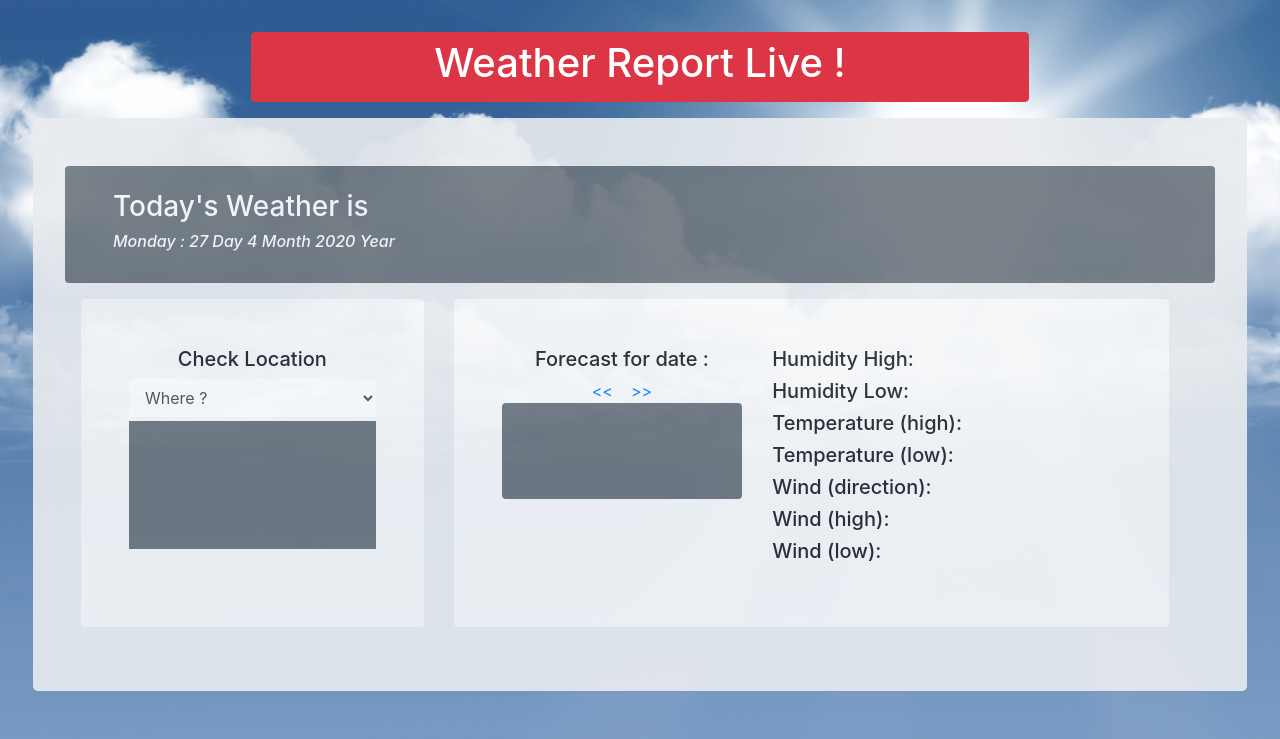
Repository: Code-Institute-Submissions/projectchen88-weatherForecast
Page: index.html
The author's editor kept a record of every edit. The page is drawn from the files as they stood at one moment, then again after the next edit.
The browser window is 1280 px wide. The pictures show the whole page.
The page's requests for data from a server got no answer.

Above is the page before.
Console error (its wording comes from the project's code and is left out).

### index.html
<!doctype html>
<html lang="en">

<head>
    <!-- Required meta tags -->
    <meta charset="utf-8">
    <meta name="viewport" content="width=device-width, initial-scale=1, shrink-to-fit=no">
    <!--AXIOS link-->
    <script src="https://unpkg.com/axios/dist/axios.min.js"></script>
    <!-- Bootstrap CSS -->
    <link rel="stylesheet" href="https://stackpath.bootstrapcdn.com/bootstrap/4.4.1/css/bootstrap.min.css" integrity="sha384-Vkoo8x4CGsO3+Hhxv8T/Q5PaXtkKtu6ug5TOeNV6gBiFeWPGFN9MuhOf23Q9Ifjh" crossorigin="anonymous">
    <!--Font Awesome-->
    <link rel="stylesheet" href="https://cdnjs.cloudflare.com/ajax/libs/font-awesome/4.7.0/css/font-awesome.min.css">
    <!--Custom CSS-->
    <link rel="stylesheet" href="styles/style.css" type="text/css" />
    <title>Hello, world!</title>
</head>

<body>
    <main id='main-page' class='container-fluid px-5 py-3'>
        <!--Header-->
        <div class="row">
            <div class="col-md-8 col-12 p-3 mx-auto">
                <span class='btn btn-danger w-100'><h1>Weather Report Live ! </h1></span>
            </div>
        </div>

        <!--Current Weather -->
        <div class="row jumbotron py-5">
            <div class="col-12 px-5 py-4 bg-secondary text-light rounded">
                <h3>Today's Weather is <span id='status'></span></h3>
                <h6 id='dateToday' class='font-italic'></h6>
            </div>
            <div id='display-section' class="col-12 p-3">
                <div class="box row">
                    <!--Check and display weather of location selected-->
                    <div class="box col-md-4 col-12 mx-auto text-center">
                        <div class="box p-5 bg-light rounded">
                            <h5>Check Location</h5>
                            <div >
                                <select class='form-control border-0' id="select">
                                    <option>Where ?</option>
                                </select>
                            </div>
                            <div class='mt-1 p-2 bg-secondary'>
                                <!--<p id='weather' class='font-bolder text-light'></p>   -->
                                <p class='p-5 bg-secondary text-light rounded font-weight-bolder' id='weather'></p>

                            </div>
                        </div>
                    </div>

                    <!--Display 4 days forecast-->
                    <div class="box col-md-8 col-12 mx-auto text-center">
                        <div class="box p-5 bg-light rounded">
                            <div class='display-box'>
                                <div class="row">
                                    <div class="col-5">
                                        <h5>Forecast for date :</h5>
                                        <div class='d-flex justify-content-center'>
                                            <div id='prev-day' class='text-primary'><< &nbsp</div>
                                            <h5 id='forecast-title'> </h5>
                                            <div id= 'next-day' class='text-primary'> &nbsp >> </div>
                                        </div>
                                        <div>
                                            <p class='p-5 bg-secondary text-light rounded font-weight-bolder' id='forecast'></p>
                                        </div>
                                    </div>
                                    <div class="col-7">
                                        <div class='d-flex'>
                                            <h5>Humidity High: </h5>
                                            <span id='humidity-high'></span>
                                        </div>
                                        <div class='d-flex'>
                                            <h5>Humidity Low: </h5>
                                            <span id='humidity-low'></span>
                                        </div>
                                        <div class='d-flex'>
                                            <h5>Temperature (high): </h5>
                                            <span id='temperature-high'></span>
                                        </div>
                                        <div class='d-flex'>
                                            <h5>Temperature (low): </h5>
                                            <span id='temperature-low'></span>
                                        </div>
                                        <div class='d-flex'>
                                            <h5>Wind (direction): </h5>
                                            <span id='wind-direction'></span>
                                        </div>
                                        <div class='d-flex'>
                                            <h5>Wind (high): </h5>
                                            <span id='wind-speed-high'></span>
                                        </div>
                                        <div class='d-flex'>
                                            <h5>Wind (low): </h5>
                                            <span id='wind-speed-low'></span>
                                        </div>
                                    </div>

                                </div>
                            </div>
                        </div>
                    </div>


                </div>
            </div>
        </div>


    </main>


    <!-- Optional JavaScript -->
    <!-- jQuery first, then Popper.js, then Bootstrap JS -->
    <script src="https://code.jquery.com/jquery-3.4.1.js" integrity="sha256-WpOohJOqMqqyKL9FccASB9O0KwACQJpFTUBLTYOVvVU=" crossorigin="anonymous"></script>
    <script src="https://cdn.jsdelivr.net/npm/popper.js@1.16.0/dist/umd/popper.min.js" integrity="sha384-Q6E9RHvbIyZFJoft+2mJbHaEWldlvI9IOYy5n3zV9zzTtmI3UksdQRVvoxMfooAo" crossorigin="anonymous"></script>
    <script src="https://stackpath.bootstrapcdn.com/bootstrap/4.4.1/js/bootstrap.min.js" integrity="sha384-wfSDF2E50Y2D1uUdj0O3uMBJnjuUD4Ih7YwaYd1iqfktj0Uod8GCExl3Og8ifwB6" crossorigin="anonymous"></script>
    <!--Custom JS script-->
    <script type="text/javascript" src="scripts/script.js"></script>
</body>

</html>

### scripts/script.js
/*  global $ axios */

var source1 = "https://api.data.gov.sg/v1/environment/2-hour-weather-forecast"
var source2 = "https://api.data.gov.sg/v1/environment/4-day-weather-forecast"
var forecastData =[]
var tempData =[]
var option =[]
var status


//AXIO TO GET DATA FROM JSON FILE (local)
function getForecast(callback) {
  axios.get(source1)
    .then(function(response) {
      let result = response.data;
      console.log(result)
      callback(result)
    })
}
function getTemp(callback) {
  axios.get(source2)
    .then(function(response) {
      let result = response.data.items[0].forecasts;
      console.log(result)
      callback(result)
    })
}
function displayDailyForecast( day ) {
  document.getElementById("forecast-title").innerHTML="Weather Forecast for date : " +tempData[day].date
  document.getElementById("forecast").innerHTML=tempData[day].forecast
  document.getElementById("humidity-high").innerHTML=tempData[day].relative_humidity.high
  document.getElementById("humidity-low").innerHTML=tempData[day].relative_humidity.low
  document.getElementById("temperature-high").innerHTML=tempData[day].temperature.high
  document.getElementById("temperature-low").innerHTML=tempData[day].temperature.low
  document.getElementById("wind-direction").innerHTML="The wind will be blowing in the "+tempData[day].wind.direction+" direction"
  document.getElementById("wind-speed-high").innerHTML=tempData[day].wind.speed.high
  document.getElementById("wind-speed-low").innerHTML=tempData[day].wind.speed.low

}
getTemp(function(data){
  tempData = data;
  tempData.count = 0 // tracker for the day result that is displayed
  displayDailyForecast (tempData.count)
  document.getElementById("forecast").innerHTML=tempData[0].forecast
})

getForecast( function(data) {
    forecastData = data
    status = forecastData.api_info.status
    document.getElementById("status").innerHTML = status;

    let forecastsArea = forecastData.items[0].forecasts

    var select = document.getElementById("select");
    for (let item in forecastsArea) {
      var el = document.createElement("option");
      el.textContent = forecastsArea[item].area;
      el.value = forecastsArea[item].area;
      select.appendChild(el);
    }
})

$ (function () {
  // $('#prev-day').hide();

  // Set the date of today to be displayed
  var d = new Date();
  var weekday = new Array(7);
  weekday[0] = "Sunday";
  weekday[1] = "Monday";
  weekday[2] = "Tuesday";
  weekday[3] = "Wednesday";
  weekday[4] = "Thursday";
  weekday[5] = "Friday";
  weekday[6] = "Saturday";
  var strDate = weekday[d.getDay()] + " : " + d.getDate() + " Day " + (d.getMonth()+1) + " Month " + d.getFullYear() + " Year " ;
  $('#dateToday').text(strDate)

  // Detect for change in option change in selection of area and display the weather
  $('#select').change(function(){
    // displayWeather()
    let forecastsArea = forecastData.items[0].forecasts
    for (let item in forecastsArea) {
      var select = $('#select').val()
      if (select == forecastsArea[item].area)
      $('#weather').text("The weather at "+ forecastsArea[item].area +" is expected to be "+forecastsArea[item].forecast)
    }
  })

  // Detect for change to view. forecast for next day
  $('#next-day').click( function () {
    if (tempData.count < 3) {
      tempData.count ++ ;
      displayDailyForecast(tempData.count)
      if (tempData.count >= 3) {
        // $('#next-day').hide()
      }
      $('#prev-day').text('<<')
    }
    else {
      $('#next-day').text('>>|')
    }
  })

  $('#prev-day').on('click', function () {
   if (tempData.count >= 0) {
      tempData.count -- ;
      displayDailyForecast(tempData.count)
      if (tempData.count <= 0 ) {
        $('#next-day').text(">>")
      }
      $('#prev-day').text('|<<')
    }
  })
})

Loaded but not shown: styles/style.css (common file)

After the next edit:
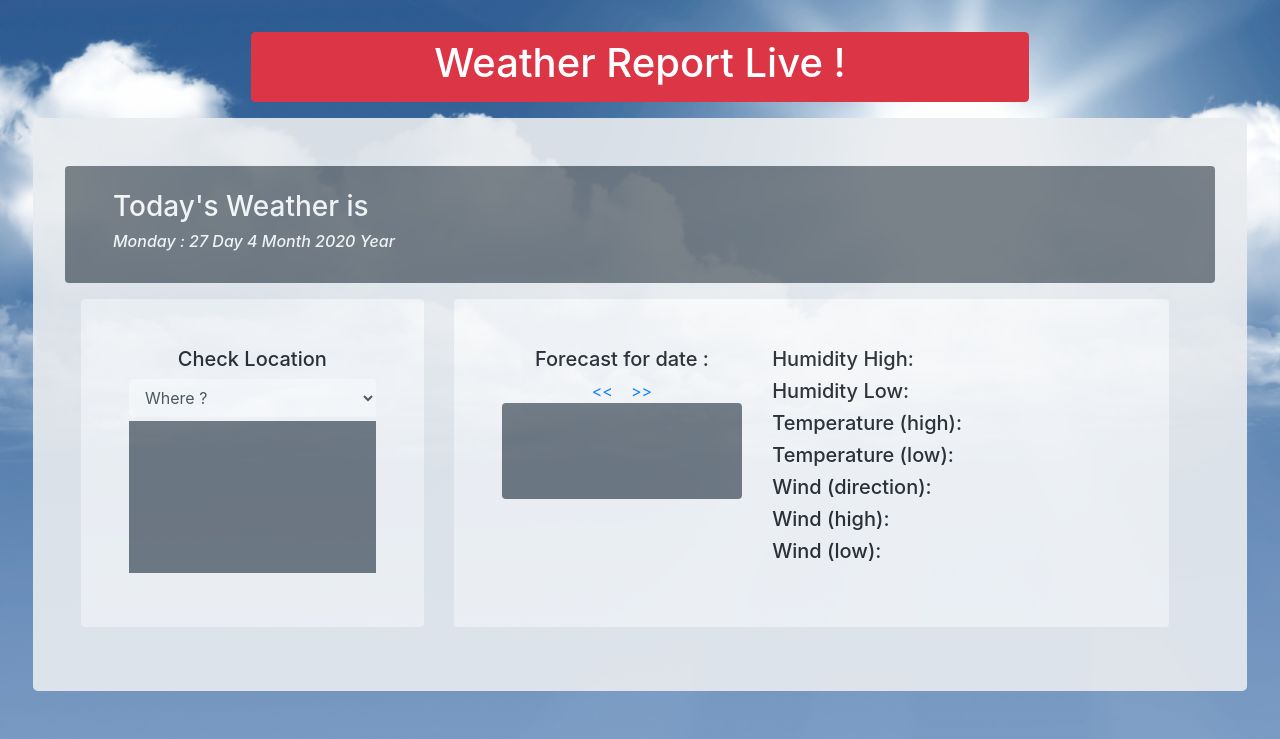
The edit:
--- a/index.html
+++ b/index.html
@@ -44,7 +44,7 @@
                             </div>
                             <div class='mt-1 p-2 bg-secondary'>
                                 <!--<p id='weather' class='font-bolder text-light'></p>   -->
-                                <p class='p-5 bg-secondary text-light rounded font-weight-bolder' id='weather'></p>
+                                <p class='p-5 bg-secondary text-light rounded font-weight-bolder' id='weather'>&nbsp</p>
 
                             </div>
                         </div>
